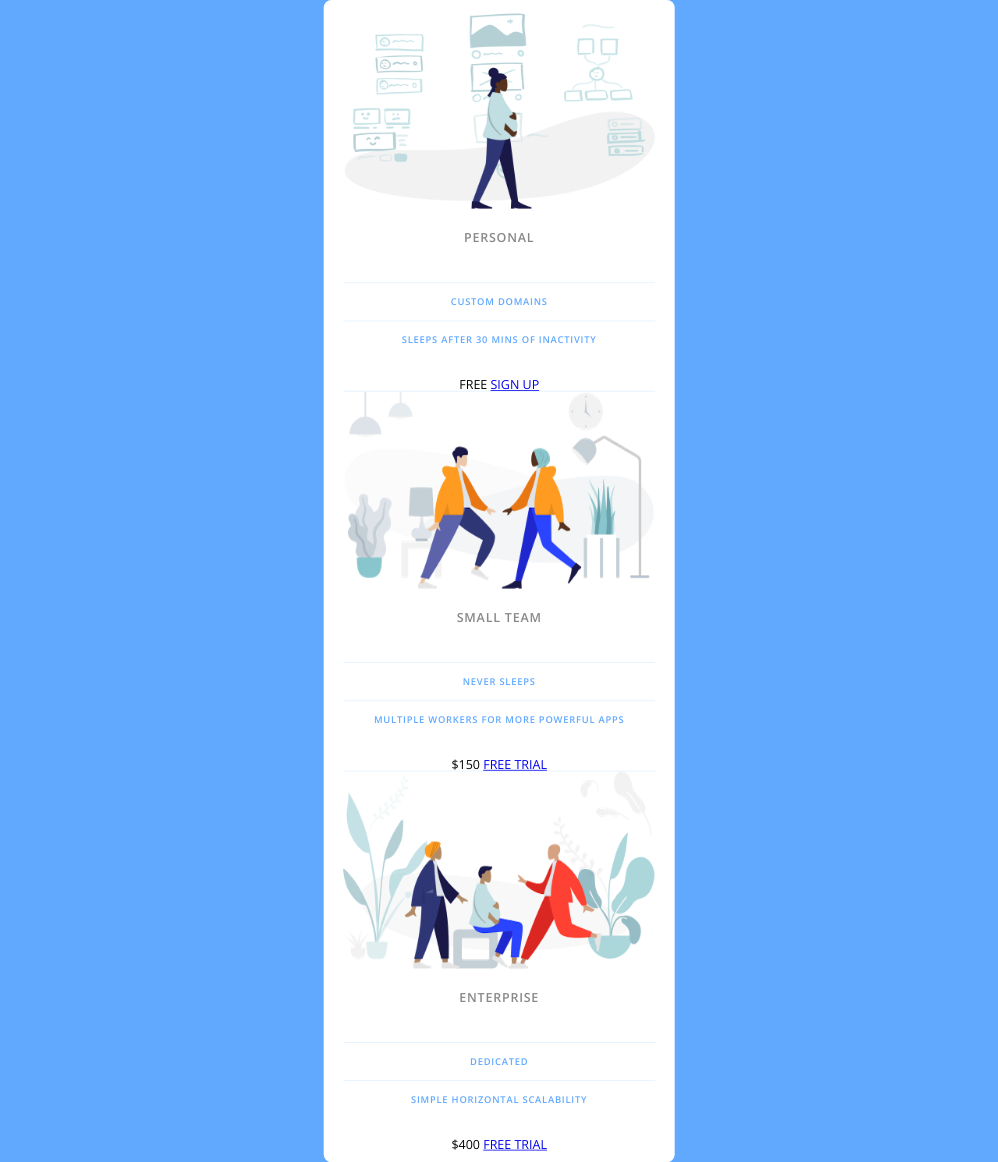
Repository: fatehailey/Pricing-Panel
Page: index.html
An editor plug-in stored every save of this project. The page is shown before and after a run of saves, followed by the edit.
The browser window is 1280 px wide. The pictures show the whole page, at 78% of full size.

Above is the page before, as saved 2022-09-05 20:22:36.

### index.html
<!DOCTYPE html>
<html lang="en">

<head>
    <meta charset="UTF-8">
    <meta name="viewport" content="width=device-width, initial-scale=1.0">
    <title>Price Tiers</title>
    <link rel="stylesheet" href="https://fonts.googleapis.com/css?family=Open+Sans:400,600,700">
    <link rel="stylesheet" href="app.css">
</head>

<body>
    <div class="panel pricing-table">

        <div class="pricing-plan">
            <img src="icons/icon1.png" alt="" class="pricing-img">
            <h2 class="pricing-header">Personal</h2>
            <ul class="pricing-features">
                <li class="pricing-features-item">Custom domains</li>
                <li class="pricing-features-item">Sleeps after 30 mins of inactivity</li>
            </ul>
            <span class="pricing-price">Free</span>
            <a href="#/" class="pricing-button">Sign up</a>
        </div>

        <div class="pricing-plan">
            <img src="icons/icon2.png" alt="" class="pricing-img">
            <h2 class="pricing-header">Small team</h2>
            <ul class="pricing-features">
                <li class="pricing-features-item">Never sleeps</li>
                <li class="pricing-features-item">Multiple workers for more powerful apps</li>
            </ul>
            <span class="pricing-price">$150</span>
            <a href="#/" class="pricing-button is-featured">Free trial</a>
        </div>

        <div class="pricing-plan">
            <img src="icons/icon3.png" alt="" class="pricing-img">
            <h2 class="pricing-header">Enterprise</h2>
            <ul class="pricing-features">
                <li class="pricing-features-item">Dedicated</li>
                <li class="pricing-features-item">Simple horizontal scalability</li>
            </ul>
            <span class="pricing-price">$400</span>
            <a href="#/" class="pricing-button">Free trial</a>
        </div>

    </div>

</body>

</html>

### app.css
/* http://meyerweb.com/eric/tools/css/reset/
   v2.0 | 20110126
   License: none (public domain)
*/

html, body, div, span, applet, object, iframe,
h1, h2, h3, h4, h5, h6, p, blockquote, pre,
a, abbr, acronym, address, big, cite, code,
del, dfn, em, img, ins, kbd, q, s, samp,
small, strike, strong, sub, sup, tt, var,
b, u, i, center,
dl, dt, dd, ol, ul, li,
fieldset, form, label, legend,
table, caption, tbody, tfoot, thead, tr, th, td,
article, aside, canvas, details, embed,
figure, figcaption, footer, header, hgroup,
menu, nav, output, ruby, section, summary,
time, mark, audio, video {
	margin: 0;
	padding: 0;
	border: 0;
	font-size: 100%;
	font: inherit;
	vertical-align: baseline;
}
/* HTML5 display-role reset for older browsers */
article, aside, details, figcaption, figure,
footer, header, hgroup, menu, nav, section {
	display: block;
}
body {
	line-height: 1;
}
ol, ul {
	list-style: none;
}
blockquote, q {
	quotes: none;
}
blockquote:before, blockquote:after,
q:before, q:after {
	content: '';
	content: none;
}
table {
	border-collapse: collapse;
	border-spacing: 0;
}


html {
    box-sizing: border-box;
    font-family: 'Open Sans', sans-serif;
}
body{
    background-color: #60a9ff;
    display: flex;
    justify-content: center;
    align-items: center;
    min-height: 100vh;
}

.panel{
    background-color: white;
    border-radius: 10px;
    padding: 15px 25px;
    max-width: 960px;
    display: flex;
    flex-direction: column;
    text-align: center;
    text-transform: uppercase;
}

.pricing-plan:not(:last-child) {
    border-bottom: 1px solid #e1f1ff;
  }

.pricing-img {
    margin-bottom: 25px;
    width: 100%;
}

.pricing-header{
    color: #888;
    font-weight: 600;
    letter-spacing: 1px;
}

.pricing-features{
    margin: 50px 0 25px;
    color: #60a9ff;
}

.pricing-features-item{
    font-weight: 600;
    letter-spacing: 1px;
    font-size: 12px;
    line-height: 1.5;
    padding: 15px 0;
    border-top: 1px solid #e1f1ff;
}

.pricing-pr

After the next 6 saves:
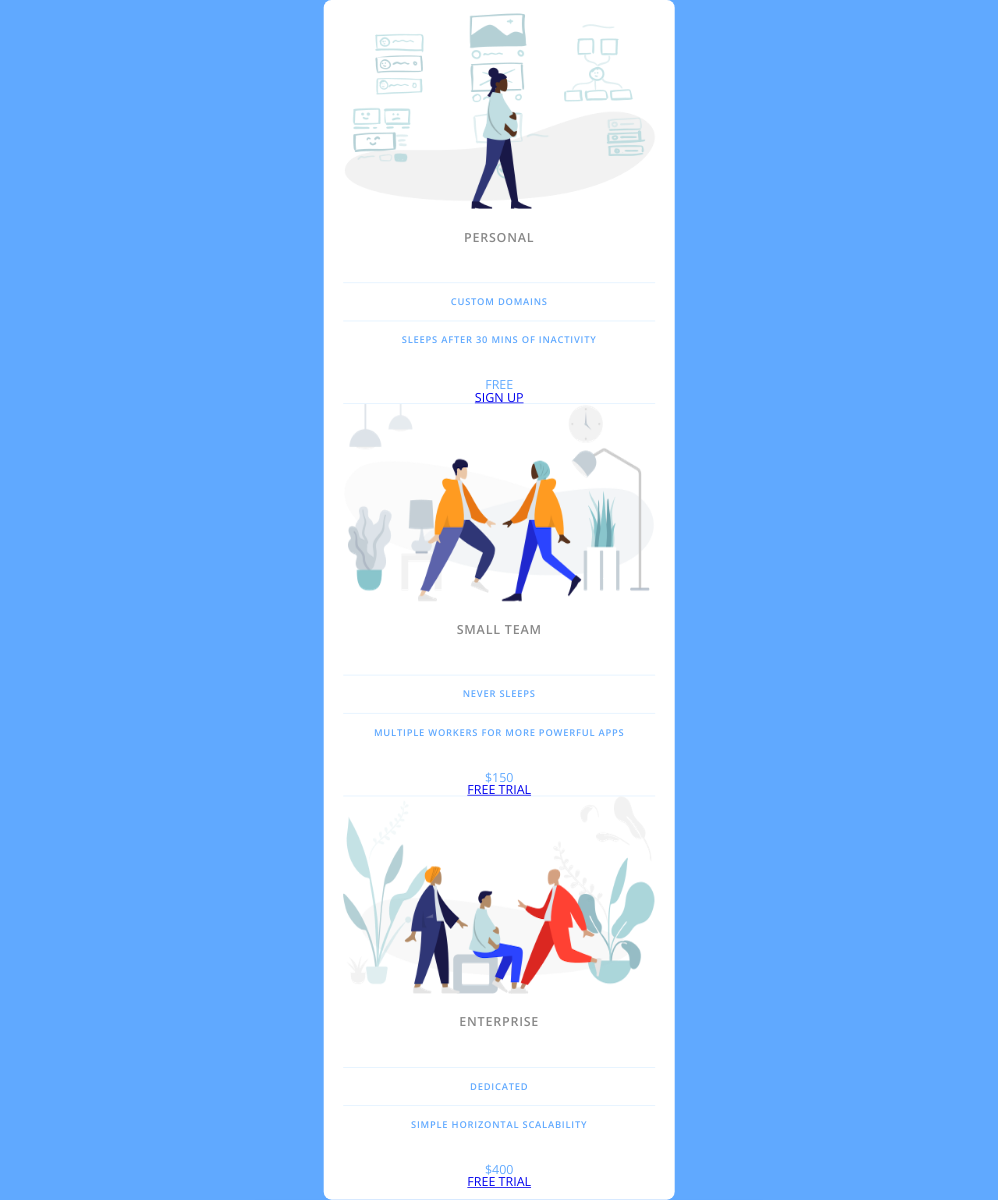
The 6 saves are shown as one change because they came seconds apart.
The last was saved 16 s later.
--- a/app.css
+++ b/app.css
@@ -100,4 +100,7 @@ body{
     border-top: 1px solid #e1f1ff;
 }
 
-.pricing-pr
+.pricing-price{
+    color: #60a9ff;
+    display: block;
+}
